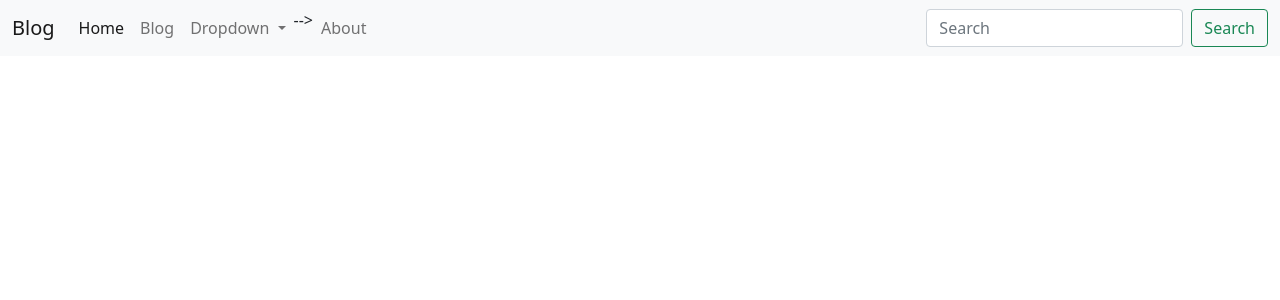
Repository: syni18/bootstrap_blog
Page: index.html
These files come from the project's save history. The page is drawn as it stood at one moment and after the next save; the edit follows.
The browser window is 1280 px wide. The pictures show the whole page.

Above is the page before, as saved 2023-10-25 20:34:22.

### index.html
<!DOCTYPE html>
<html lang="en">
<head>
    <meta charset="UTF-8">
    <meta name="viewport" content="width=device-width, initial-scale=1.0">
     <link href="https://cdn.jsdelivr.net/npm/bootstrap@5.0.2/dist/css/bootstrap.min.css" rel="stylesheet" integrity="sha384-EVSTQN3/azprG1Anm3QDgpJLIm9Nao0Yz1ztcQTwFspd3yD65VohhpuuCOmLASjC" crossorigin="anonymous">
    <script src="https://cdn.jsdelivr.net/npm/bootstrap@5.0.2/dist/js/bootstrap.bundle.min.js" integrity="sha384-MrcW6ZMFYlzcLA8Nl+NtUVF0sA7MsXsP1UyJoMp4YLEuNSfAP+JcXn/tWtIaxVXM" crossorigin="anonymous"></script>
    <title>Blogging</title>
</head>
<body>
    <nav class="navbar navbar-expand-lg navbar-light bg-light">
      <div class="container-fluid">
        <a class="navbar-brand" href="#">
          Blog
        </a>
        <button
          class="navbar-toggler"
          type="button"
          data-bs-toggle="collapse"
          data-bs-target="#navbarSupportedContent"
          aria-controls="navbarSupportedContent"
          aria-expanded="false"
          aria-label="Toggle navigation"
        >
          <span class="navbar-toggler-icon"></span>
        </button>
        <div class="collapse navbar-collapse" id="navbarSupportedContent">
          <ul class="navbar-nav me-auto mb-2 mb-lg-0">
            <li class="nav-item">
              <a class="nav-link active" aria-current="page" href="#">
                Home
              </a>
            </li>
            <li class="nav-item">
              <a class="nav-link" href="#">
                Blog
              </a>
            </li>

              <a
                class="nav-link dropdown-toggle"
                href="#"
                id="navbarDropdown"
                role="button"
                data-bs-toggle="dropdown"
                aria-expanded="false"
              >
                Dropdown
              </a>
              <ul class="dropdown-menu" aria-labelledby="navbarDropdown">
                <li>
                  <a class="dropdown-item" href="#">
                    Action
                  </a>
                </li>
                <li>
                  <a class="dropdown-item" href="#">
                    Another action
                  </a>
                </li>
                <li>
                  <hr class="dropdown-divider" />
                </li>
                <li>
                  <a class="dropdown-item" href="#">
                    Something else here
                  </a>
                </li>
              </ul>
            </li> -->
            <li class="nav-item">
              <a class="nav-link" href="#">
                About
              </a>
            </li>
          </ul>
          <form class="d-flex">
            <input
              class="form-control me-2"
              type="search"
              placeholder="Search"
              aria-label="Search"
            />
            <button class="btn btn-outline-success" type="submit">
              Search
            </button>
          </form>
        </div>
      </div>
    </nav>
</body>
</html>

After the next save:
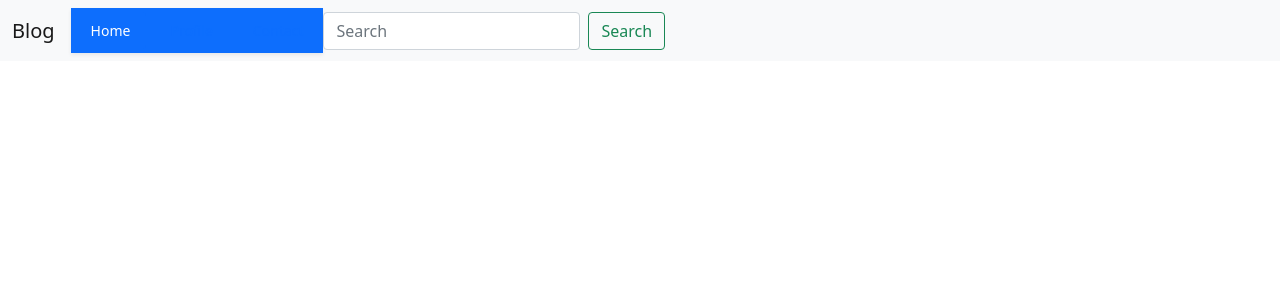
Saved 21 s later.
--- a/index.html
+++ b/index.html
@@ -25,55 +25,17 @@
           <span class="navbar-toggler-icon"></span>
         </button>
         <div class="collapse navbar-collapse" id="navbarSupportedContent">
-          <ul class="navbar-nav me-auto mb-2 mb-lg-0">
-            <li class="nav-item">
-              <a class="nav-link active" aria-current="page" href="#">
-                Home
-              </a>
-            </li>
-            <li class="nav-item">
-              <a class="nav-link" href="#">
-                Blog
-              </a>
-            </li>
-
-              <a
-                class="nav-link dropdown-toggle"
-                href="#"
-                id="navbarDropdown"
-                role="button"
-                data-bs-toggle="dropdown"
-                aria-expanded="false"
-              >
-                Dropdown
-              </a>
-              <ul class="dropdown-menu" aria-labelledby="navbarDropdown">
-                <li>
-                  <a class="dropdown-item" href="#">
-                    Action
-                  </a>
-                </li>
-                <li>
-                  <a class="dropdown-item" href="#">
-                    Another action
-                  </a>
-                </li>
-                <li>
-                  <hr class="dropdown-divider" />
-                </li>
-                <li>
-                  <a class="dropdown-item" href="#">
-                    Something else here
-                  </a>
-                </li>
-              </ul>
-            </li> -->
-            <li class="nav-item">
-              <a class="nav-link" href="#">
-                About
-              </a>
-            </li>
-          </ul>
+          <ul class="nav nav-pills nav-fill gap-2 p-1 small bg-primary rounded-5 shadow-sm" id="pillNav2" role="tablist" style="--bs-nav-link-color: var(--bs-white); --bs-nav-pills-link-active-color: var(--bs-primary); --bs-nav-pills-link-active-bg: var(--bs-white);">
+  <li class="nav-item" role="presentation">
+    <button class="nav-link active rounded-5" id="home-tab2" data-bs-toggle="tab" type="button" role="tab" aria-selected="true">Home</button>
+  </li>
+  <li class="nav-item" role="presentation">
+    <button class="nav-link rounded-5" id="profile-tab2" data-bs-toggle="tab" type="button" role="tab" aria-selected="false">Profile</button>
+  </li>
+  <li class="nav-item" role="presentation">
+    <button class="nav-link rounded-5" id="contact-tab2" data-bs-toggle="tab" type="button" role="tab" aria-selected="false">Contact</button>
+  </li>
+</ul>
           <form class="d-flex">
             <input
               class="form-control me-2"

After the save that followed:
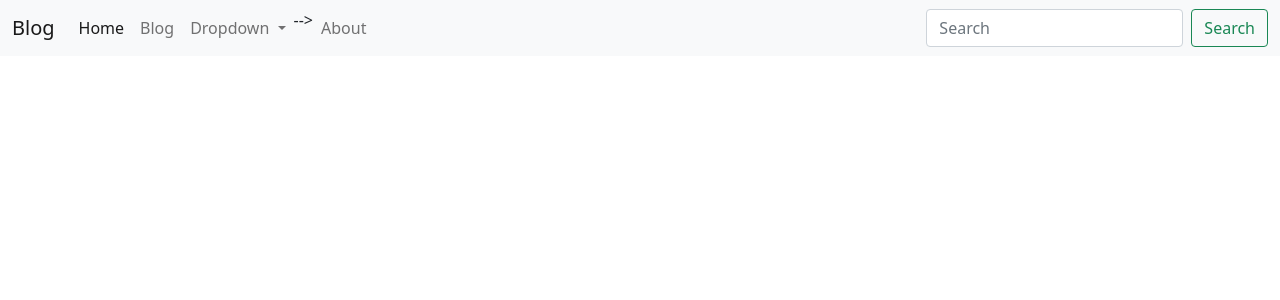
Saved 9 s later.
--- a/index.html
+++ b/index.html
@@ -25,17 +25,55 @@
           <span class="navbar-toggler-icon"></span>
         </button>
         <div class="collapse navbar-collapse" id="navbarSupportedContent">
-          <ul class="nav nav-pills nav-fill gap-2 p-1 small bg-primary rounded-5 shadow-sm" id="pillNav2" role="tablist" style="--bs-nav-link-color: var(--bs-white); --bs-nav-pills-link-active-color: var(--bs-primary); --bs-nav-pills-link-active-bg: var(--bs-white);">
-  <li class="nav-item" role="presentation">
-    <button class="nav-link active rounded-5" id="home-tab2" data-bs-toggle="tab" type="button" role="tab" aria-selected="true">Home</button>
-  </li>
-  <li class="nav-item" role="presentation">
-    <button class="nav-link rounded-5" id="profile-tab2" data-bs-toggle="tab" type="button" role="tab" aria-selected="false">Profile</button>
-  </li>
-  <li class="nav-item" role="presentation">
-    <button class="nav-link rounded-5" id="contact-tab2" data-bs-toggle="tab" type="button" role="tab" aria-selected="false">Contact</button>
-  </li>
-</ul>
+          <ul class="navbar-nav me-auto mb-2 mb-lg-0">
+            <li class="nav-item">
+              <a class="nav-link active" aria-current="page" href="#">
+                Home
+              </a>
+            </li>
+            <li class="nav-item">
+              <a class="nav-link" href="#">
+                Blog
+              </a>
+            </li>
+
+              <a
+                class="nav-link dropdown-toggle"
+                href="#"
+                id="navbarDropdown"
+                role="button"
+                data-bs-toggle="dropdown"
+                aria-expanded="false"
+              >
+                Dropdown
+              </a>
+              <ul class="dropdown-menu" aria-labelledby="navbarDropdown">
+                <li>
+                  <a class="dropdown-item" href="#">
+                    Action
+                  </a>
+                </li>
+                <li>
+                  <a class="dropdown-item" href="#">
+                    Another action
+                  </a>
+                </li>
+                <li>
+                  <hr class="dropdown-divider" />
+                </li>
+                <li>
+                  <a class="dropdown-item" href="#">
+                    Something else here
+                  </a>
+                </li>
+              </ul>
+            </li> -->
+            <li class="nav-item">
+              <a class="nav-link" href="#">
+                About
+              </a>
+            </li>
+          </ul>
           <form class="d-flex">
             <input
               class="form-control me-2"
